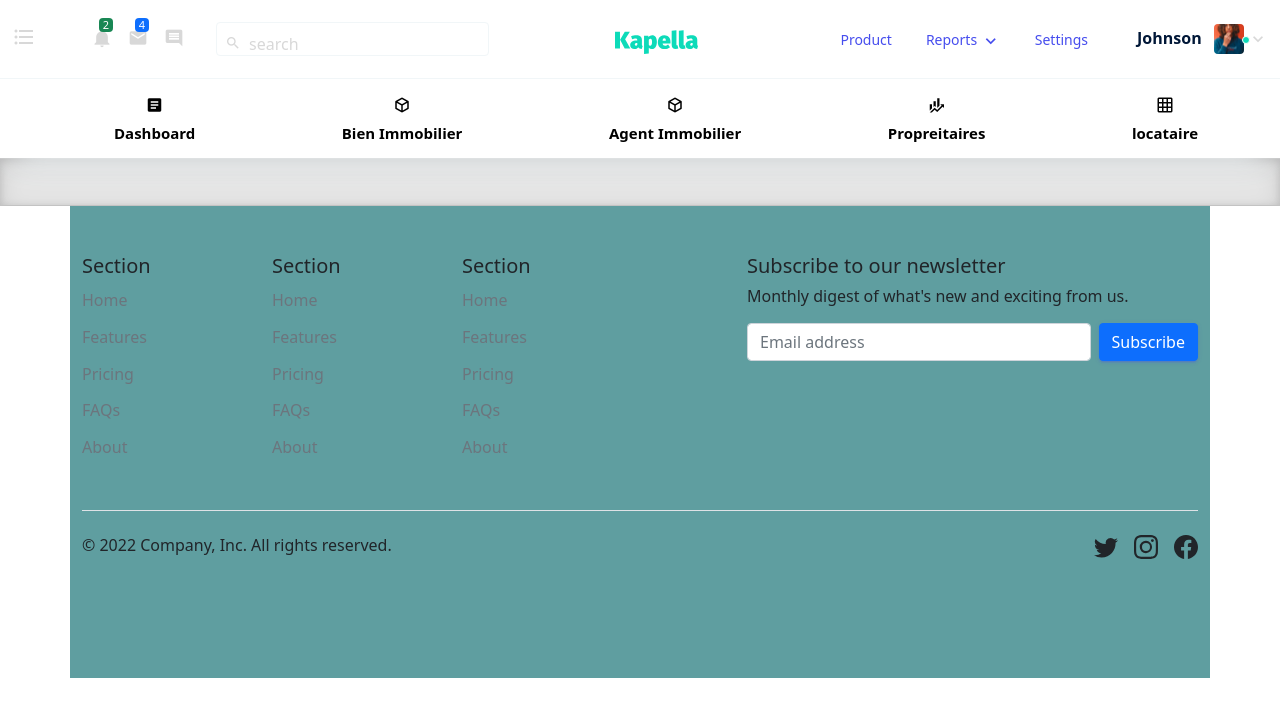
Repository: dimitri0004/Bien
Page: templates/base.html.twig
An editor plug-in stored every save of this project. The page is shown before and after the next save, followed by the edit.
The browser window is 1280 px wide. The pictures show the whole page.
The page is a Twig template of a Symfony application; nobody is signed in and links lead nowhere. The template is opened directly, without the code that normally fills it, so the values that code supplies are empty.

Above is the page before, as saved 2023-04-04 01:01:33.
Console error: TypeError: Cannot read properties of null (reading 'addEventListener')

After the next save:
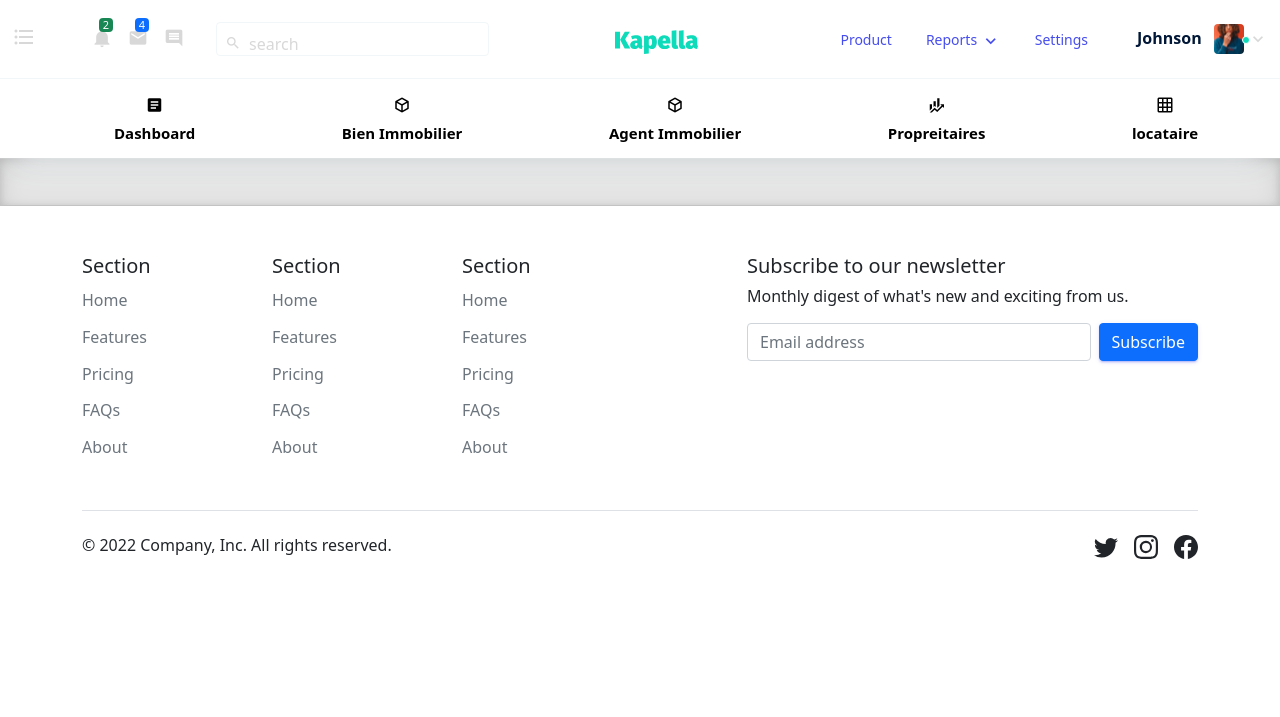
Saved 15 s later.
--- a/templates/_partiels/footer.html.twig
+++ b/templates/_partiels/footer.html.twig
@@ -68,7 +68,7 @@
       </svg>
 
       <div class="b-example-divider"></div>
-      <div class="container mt-30" style="background-color: cadetblue;" >
+      <div class="container mt-30">
         <footer class="py-5">
           <div class="row">
             <div class="col-6 col-md-2 mb-3">
